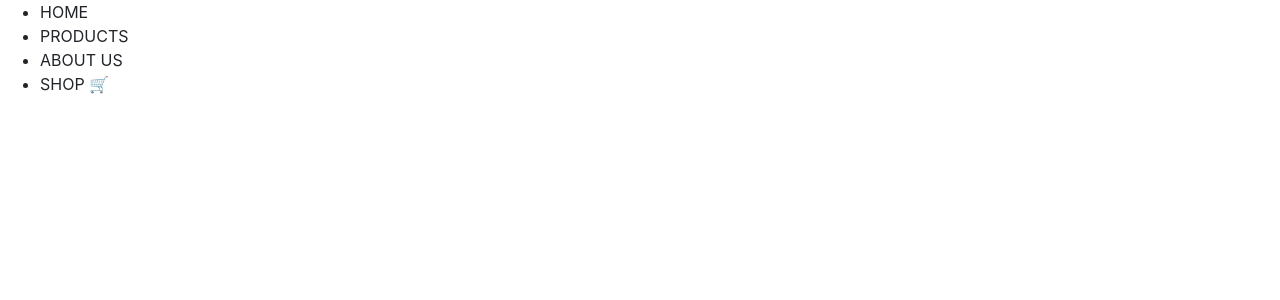
Repository: thf4/Project-Shop
Page: /
These files come from the project's save history. The page is drawn as it stood at one moment and after the next save; the edit follows.
The browser window is 1280 px wide. The pictures show the whole page.
The project was rebuilt for these pictures with package versions that can differ from the ones it lists, and the page was loaded fresh each time.

Above is the page before, as saved 2021-04-22 11:15:25.

After the next save:
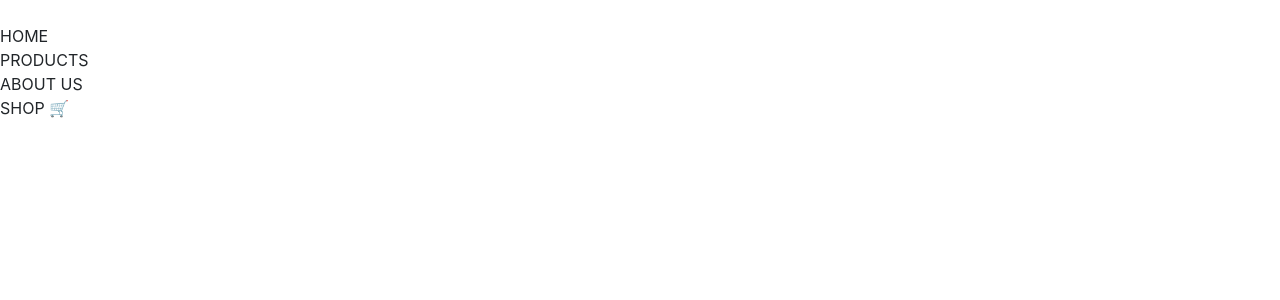
Saved 10 s later.
--- a/src/App.CSS
+++ b/src/App.CSS
@@ -1,4 +1,4 @@
 #Lista{
   width: 940px;
-  display: inline-block;
+  display: inline;
 }
